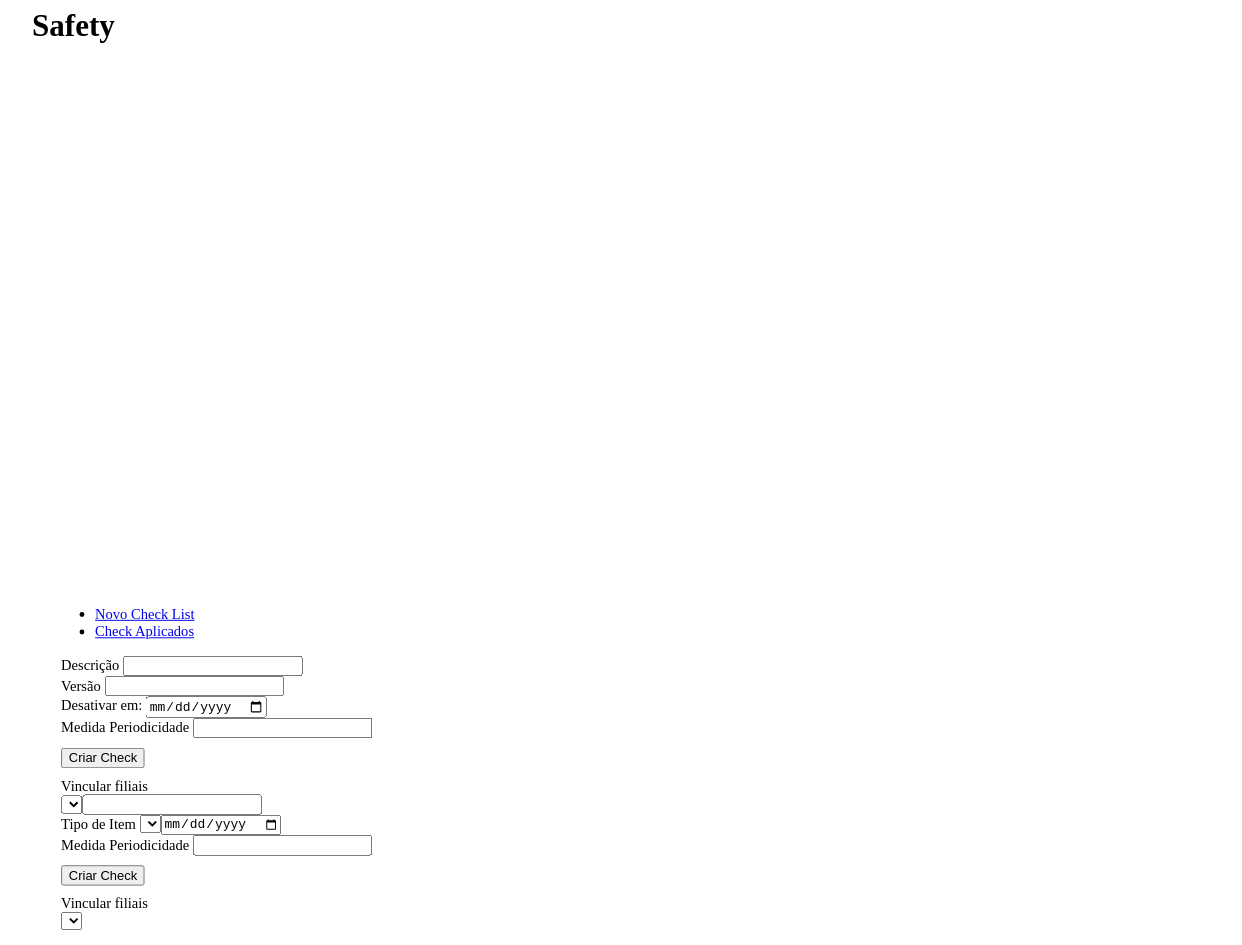
Repository: Conlog-SA/portal_operacional
Page: apps/safety_layout_checklist_app/templates/safety_layout_checklist_app/form_cad_layout_checklist.html
An editor plug-in stored every save of this project. The page is shown before and after the next save, followed by the edit.
The browser window is 1280 px wide. The pictures show the whole page, at 97% of full size.
The template is drawn by Django 3.2. The application's start-up code is not run. Other server files are loaded and not shown. The template is opened directly, without the code that normally fills it, so the values that code supplies are empty.

Above is the page before, as saved 2023-11-16 10:21:13.

### apps/safety_layout_checklist_app/templates/safety_layout_checklist_app/form_cad_layout_checklist.html
{% load static %}

{% block link_static_css %}
    <link rel="stylesheet" href="{% static 'css/cores.css' %}" />
    <link rel="stylesheet" href="{% static 'css/toggle_switch.css' %}" />
    <link rel="stylesheet" href="{% static 'css/loader.css' %}" />
    <link rel="stylesheet" href="{% static 'css/seguranca_safety_app/seguranca_safety.css' %}" />
    <script src="https://code.jquery.com/jquery-3.6.0.min.js"></script>
{% endblock %}

<div class="d-flex flex-column h-100 align-items-center justify-content-start text-white w-100" style="margin-right: 0px; width:100%;">
   <div class="mt-3 d-flex align-items-end justify-content-between div_Titulo" style="padding-bottom:15px; margin-left:25px;">
       <div class="d-flex align-items-center justify-content-center">
            <i class="fa-solid fa-truck-fast" style="font-size:50px; margin-left:0px; margin-right:15px; color:#cf6a15;"></i>
           <h1 class="titlePadraoMenu" style="margin-left:0px;">Safety</h1>
       </div>
       <img class="logo_cabecalho" src="{% static 'icons/logo-branca.png' %}" >
   </div>
   <div class="container-app col-md-12">
      <div class="form-group cl_div_tabela_principal_pagina" style="padding-top:0px;padding-left:0px;margin-left: 50px;margin-right: 25px; background-color:white" >
        <div class="header-table">
            <ul class="nav nav-tabs" id="myTab" role="tablist">
               <li class="nav-item">
                  <a class="nav-link active tabs-nav" id="a_tab_novo_check" data-toggle="tab"
                     href="#div_tab_new_check" role="tab"
                     aria-controls="div_tab_new_check"
                     aria-selected="false" style="border-radius:0px 0px 0 0; font-size:15px">
                     Novo Check List
                     <i class="fa-solid fa-filter" style="color: #f46424;"></i>
                  </a>
              </li>
              <li class="nav-item">
                  <a class="nav-link tabs-nav" id="a_tab_check_criados" data-toggle="tab"
                     href="#div_check_criados" role="tab"
                     aria-controls="div_check_criados"
                     aria-selected="false" style="border-radius:0px 0px 0 0; font-size:15px" >
                     Check Aplicados
                    <i class="fa-solid fa-pen-to-square" style="color: #f46424"></i>
                  </a>
              </li>
            </ul>
         </div>
         <div class="tab-content" style="border-radius:0 0 10px 10px; font-size:15px">
            <div class="tab-pane active" id="div_tab_new_check" role="tabpanel" aria-labelledby="div_tab_new_check" style="padding-left:5px;">
               <form id="form_new_check_list" name="form_nem_check_list">
                  <div class="row">
                     <div class="form-group col-sm-12">
                       <label for="descricao_new_check"> Descrição </label>
                       <input type="text" class="form-control" id="descricao_new_check">
                     </div>
                     <div class="form-group col-sm-4">
                       <label for="versao_new_check">Versão</label>
                       <input type="text" class="form-control" id="versao_new_check">
                     </div>
                     <div class="form-group col-sm-4">
                       <label for="desativar_new_check_date">Desativar em:</label>
                       <input type="date" class="form-control" id="desativar_new_check_date">
                     </div>
                     <div class="form-group col-sm-4">
                       <label for="periodicidade_new_check">Medida Periodicidade</label>
                       <input type="text" class="form-control" id="periodicidade_new_check">
                     </div>
                     <div class="form-group col-sm-12 d-flex justify-content-end" style="margin-top:10px">
                        <button type="button" class="btn btn-primary btn-form" id="btn_new_check" name="btn_new_check"> Criar Check</button>
                     </div>
                     <div class="form-group col-sm-12 d-flex justify-content-end" style="margin-top:10px">
                        <label for="vincular filiais">Vincular filiais</label>
                     </div>
                     <div class="form-group col-sm-12">
                        <select class="selectpicker form-control" id="liberado_filiais" name="liberado_filiais" placeholder="Liberado Filiais" required>
                     </div>
                     <div class="form-group col-sm-12 d-flex justify-content-end" style="margin-top:10px">
                        <label for="itens_check">Itens Check</label>
                     </div>
                  </div>
               </form>
            </div>
            <div class="tab-pane" id="div_check_criados" role="tabpanel" aria-labelledby="a_tab_check_criados">
               <form id="form_check_aplicados" name="form_check_aplicados" method="POST" style="margin-left:10px; margin-right:10px;">
                  <div class="row">
                     <div class="form-group col-sm-12">
                       <label for="descricao_item_check"> Descrição do Item</label>
                       <input type="text" class="form-control" id="descricao_item_check">
                     </div>
                     <div class="form-group col-sm-4">
                       <label for="select_tipo_item">Tipo de Item</label>
                       <select class="selectpicker form-control" id="select_tipo_item" name="select_tipo_item" placeholder="Tipo de Item" required>
                     </div>
                     <div class="form-group col-sm-4">
                       <label for="desativar_new_check_date">Desativar em:</label>
                       <input type="date" class="form-control" id="desativar_new_check_date">
                     </div>
                     <div class="form-group col-sm-4">
                       <label for="periodicidade_new_check">Medida Periodicidade</label>
                       <input type="text" class="form-control" id="periodicidade_new_check">
                     </div>
                     <div class="form-group col-sm-12 d-flex justify-content-end" style="margin-top:10px">
                        <button type="button" class="btn btn-primary btn-form" id="btn_new_check" name="btn_new_check"> Criar Check</button>
                     </div>
                     <div class="form-group col-sm-12 d-flex justify-content-end" style="margin-top:10px">
                        <label for="vincular filiais">Vincular filiais</label>
                     </div>
                     <div class="form-group col-sm-12">
                        <select class="selectpicker form-control" id="liberado_filiais" name="liberado_filiais" placeholder="Liberado Filiais" required>
                     </div>
                     <div class="form-group col-sm-12 d-flex justify-content-end" style="margin-top:10px">
                        <label for="itens_check">Itens Check</label>
                     </div>
               </form>
            </div>
         </div>
      </div>
   </div>
</div>


<script src="{% static 'controllers/safety_layout_checklist_app/frm_cad_check_controller.js' %}"></script>
<script src="{% static 'libs/bootstrap_4/js/bootstrap.min.js' %}"></script>

### static/css/cores.css
:root{
    --cor_bg_login: rgba(24, 27, 30, 0.90);
    --cor_cinza_escuro: #515457;
    --cor_cinza_claro: #9fa3a7;
    --cor_cinza_claro2: #d0d0d0;
    --cor_branco: #e6e4e4;
    --cor_bg_solido: #181b1e;
    --cor_bg_solido_claro:#343537;
    --cor_bg_cinza_escuro: rgba(33,37,41,0.9) !important;
    --cor_bg_cinza_escuro_cabecalho: rgba(33,37,41,0.7) !important;
    --cor_bg_modais_body: #DCDCDC;

    --cor_empresa: #f46424;
    --cor_empresa_hover: #df5b23;
    --cor_empresa_active: #b24110;

    --bs-accordion-btn-focus-box-shadow_custom: 0 0 0 0.25rem rgba(244, 100, 36, 0.25);

    --bs-accordion-btn-active-icon_custom:url('');

    --cor_card_chamado_hover: #ccccce;
    --cor_card_chamado_active: #999999;
    --cor_chamado_emergencial: #b30f04;
    --cor_branco: #fff;
    /* --cor_branco_escuro: #969393; */
    --cor_card_a_atender: #e3f8f5;
    --cor_card_atendendo: #e1ffe4;;
    --cor_card_em_espera: #fdf9c6;
}

### static/css/toggle_switch.css
/* Remove this container when use*/
.component-title {
    width: 100%;
    position: absolute;
    z-index: 999;
    top: 30px;
    left: 0;
    padding: 0;
    margin: 0;
    font-size: 1rem;
    font-weight: 700;
    color: #888;
    text-align: center;
  }

  /* The switch - the box around the slider */
  .container {
    width: 77px;
    height: 31px;
    position: relative;
  }

  /* Hide default HTML checkbox */
  .checkbox {
    opacity: 0;
    width: 0;
    height: 0;
    position: absolute;
  }

  .switch {
    width: 100%;
    height: 100%;
    display: block;
    background-color: #e9e9eb;
    border-radius: 16px;
    cursor: pointer;
    transition: all 0.2s ease-out;
  }

  /* The slider */
  .slider {
    width: 27px;
    height: 27px;
    position: absolute;
    left: calc(50% - 27px/2 - 10px);
    top: calc(50% - 27px/2);
    border-radius: 50%;
    background: #FFFFFF;
    box-shadow: 0px 3px 8px rgba(0, 0, 0, 0.15), 0px 3px 1px rgba(0, 0, 0, 0.06);
    transition: all 0.2s ease-out;
    cursor: pointer;
  }

  .checkbox:checked + .switch {
    background-color: #f46424;
  }

  .checkbox:checked + .switch .slider {
    left: calc(50% - 27px/2 + 10px);
    top: calc(50% - 27px/2);
  }

  .cursor-pointer{
    cursor: pointer;
  }

### static/css/loader.css
.loader {
  /* display: flex; */
  margin-left: 1.5rem;
  align-items: center;
  /* width: 50px;
  height: 50px; */
  position: relative;
  display: none;
}

.loader:before {
  align-items: center;
  display: flex;
  content: "";
    position: absolute;
    top: -10px;
    left: -10px;
    right: -10px;
    bottom: -10px;
    border-radius: 50%;
    /* width: 50px;
    height: 50px; */
  }

  .loader-inner {
    display: flex;
    justify-content: center;
    align-items: center;
    position: relative;
  }

  .loader-block {
    display: inline-block;
    width: 10px;
    height: 10px;
    margin: 2px;
    background-color: #f46424;
    box-shadow: 0 0 20px #f46424;
    animation: loader_562 1.2s cubic-bezier(0.5, 0, 0.5, 1) infinite;
  }

  .loader-block:nth-child(1) {
    animation-delay: 0.1s;
  }

  .loader-block:nth-child(2) {
    animation-delay: 0.2s;
  }

  .loader-block:nth-child(3) {
    animation-delay: 0.3s;
  }

  .loader-block:nth-child(4) {
    animation-delay: 0.4s;
  }

  .loader-block:nth-child(5) {
    animation-delay: 0.5s;
  }

  .loader-block:nth-child(6) {
    animation-delay: 0.6s;
  }

  .loader-block:nth-child(7) {
    animation-delay: 0.7s;
  }

  .loader-block:nth-child(8) {
    animation-delay: 0.8s;
  }

  @keyframes loader_562 {
    0% {
      transform: scale(1);
      box-shadow: 0 0 20px rgba(255, 255, 255, 0.5);
    }

    20% {
      transform: scale(1, 2.5);
      box-shadow: 0 0 50px rgba(255, 255, 255, 0.7);
    }

    40% {
      transform: scale(1);
      box-shadow: 0 0 20px rgba(255, 255, 255, 0.5);
    }
  }

Loaded but not shown: static/libs/bootstrap_4/js/bootstrap.min.js (library); static/css/seguranca_safety_app/seguranca_safety.css (no copy from this time; the picture is the same without it); static/controllers/safety_layout_checklist_app/frm_cad_check_controller.js (no stored copy; drawn as an empty file)

After the next save:
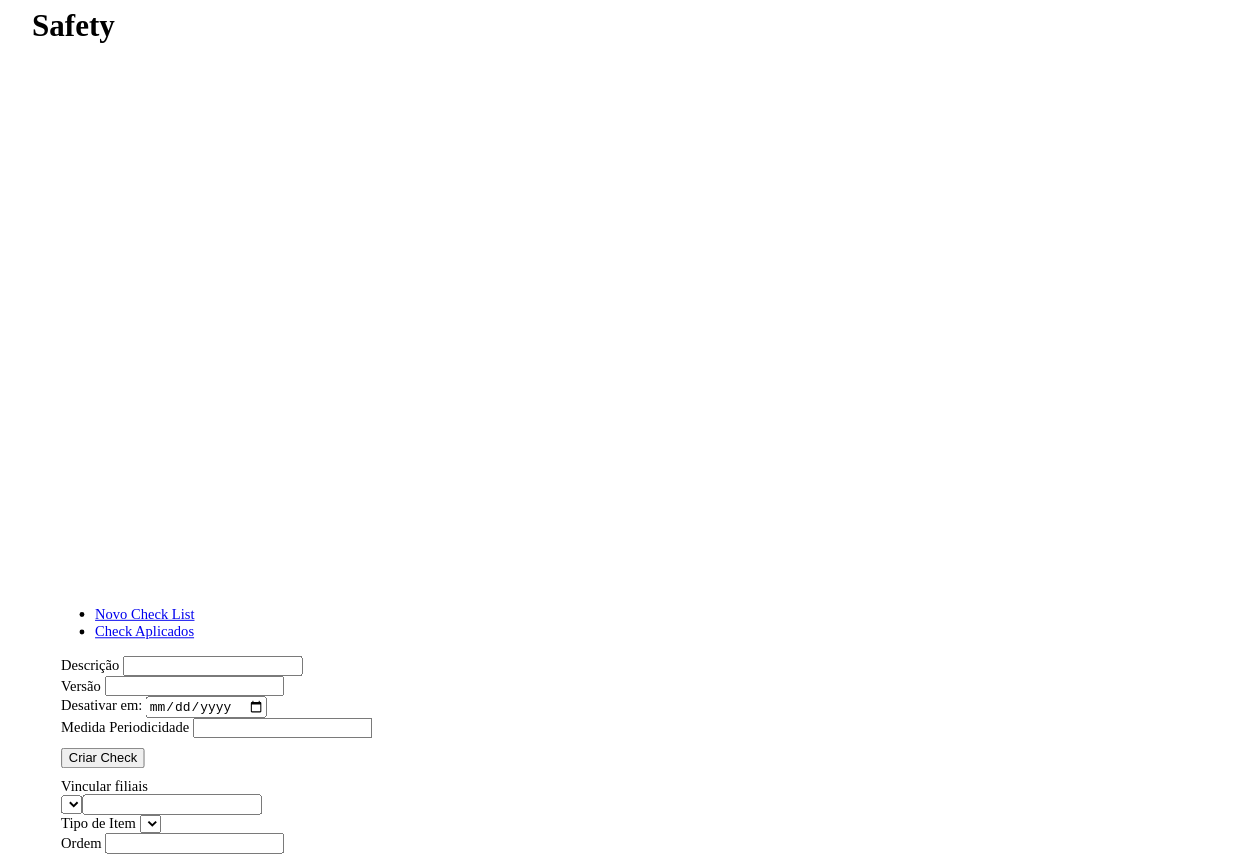
Saved 74 s later.
--- a/apps/safety_layout_checklist_app/templates/safety_layout_checklist_app/form_cad_layout_checklist.html
+++ b/apps/safety_layout_checklist_app/templates/safety_layout_checklist_app/form_cad_layout_checklist.html
@@ -87,25 +87,13 @@
                        <select class="selectpicker form-control" id="select_tipo_item" name="select_tipo_item" placeholder="Tipo de Item" required>
                      </div>
                      <div class="form-group col-sm-4">
-                       <label for="desativar_new_check_date">Desativar em:</label>
-                       <input type="date" class="form-control" id="desativar_new_check_date">
-                     </div>
-                     <div class="form-group col-sm-4">
-                       <label for="periodicidade_new_check">Medida Periodicidade</label>
-                       <input type="text" class="form-control" id="periodicidade_new_check">
-                     </div>
-                     <div class="form-group col-sm-12 d-flex justify-content-end" style="margin-top:10px">
-                        <button type="button" class="btn btn-primary btn-form" id="btn_new_check" name="btn_new_check"> Criar Check</button>
-                     </div>
-                     <div class="form-group col-sm-12 d-flex justify-content-end" style="margin-top:10px">
-                        <label for="vincular filiais">Vincular filiais</label>
-                     </div>
-                     <div class="form-group col-sm-12">
-                        <select class="selectpicker form-control" id="liberado_filiais" name="liberado_filiais" placeholder="Liberado Filiais" required>
-                     </div>
-                     <div class="form-group col-sm-12 d-flex justify-content-end" style="margin-top:10px">
-                        <label for="itens_check">Itens Check</label>
-                     </div>
+                        <label for="select_tipo_resposta">Tipo De Resposta</label>
+                        <select class="selectpicker form-control" id="select_tipo_resposta" name="select_tipo_resposta" placeholder="Tipo de Resposta" required>
+                      </div>
+                      <div class="form-group col-sm-12">
+                        <label for="input_ordem_check">Ordem</label>
+                        <input type="text" class="form-control" id="input_ordem_check">
+                      </div>
                </form>
             </div>
          </div>
